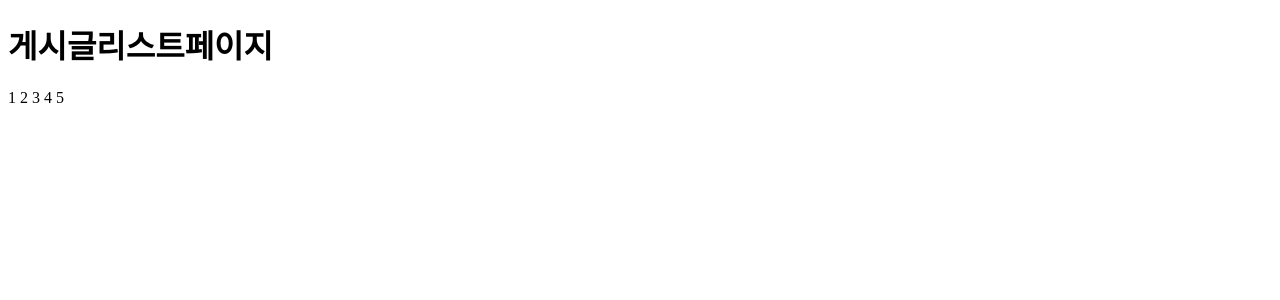
Repository: gatsby5959/_jsp_workspace_brd-mem_copy
Page: http://localhost/jsp_BoardMember/board/list.jsp
These files come from the project's save history. The page is drawn as it stood at one moment and after the next save; the edit follows.
The browser window is 1280 px wide. The pictures show the whole page.
The page is served by Tomcat 9.

Above is the page before, as saved 2023-09-07 06:58:31.

After the next save:
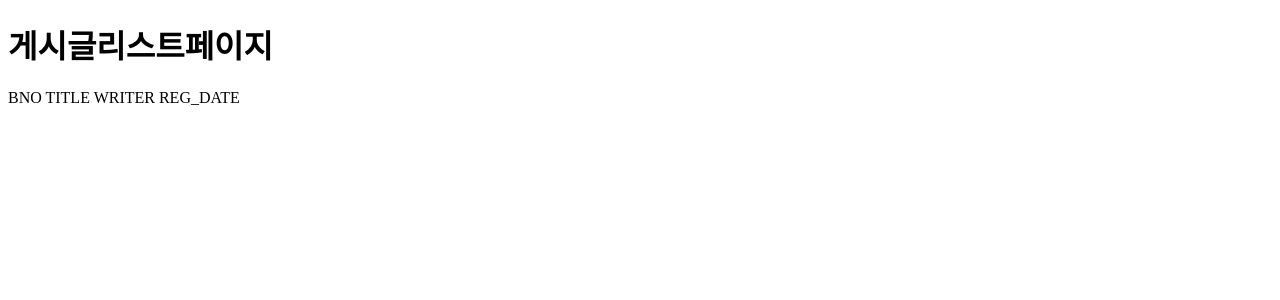
Saved 40 s later.
--- a/jsp_BoardMember/src/main/webapp/board/list.jsp
+++ b/jsp_BoardMember/src/main/webapp/board/list.jsp
@@ -1,5 +1,5 @@
 <%@ page language="java" contentType="text/html; charset=UTF-8"
-    pageEncoding="UTF-8"%>
+	pageEncoding="UTF-8"%>
 <!DOCTYPE html>
 <html>
 <head>
@@ -7,13 +7,12 @@
 <title>Insert title here</title>
 </head>
 <body>
-<h1>게시글리스트페이지</h1>
-<tr>
-<th>1</th>
-<th>2</th>
-<th>3</th>
-<th>4</th>
-<th>5</th>
-</tr>
+	<h1>게시글리스트페이지</h1>
+	<tr>
+		<th>BNO</th>
+		<th>TITLE</th>
+		<th>WRITER</th>
+		<th>REG_DATE</th>
+	</tr>
 </body>
 </html>
